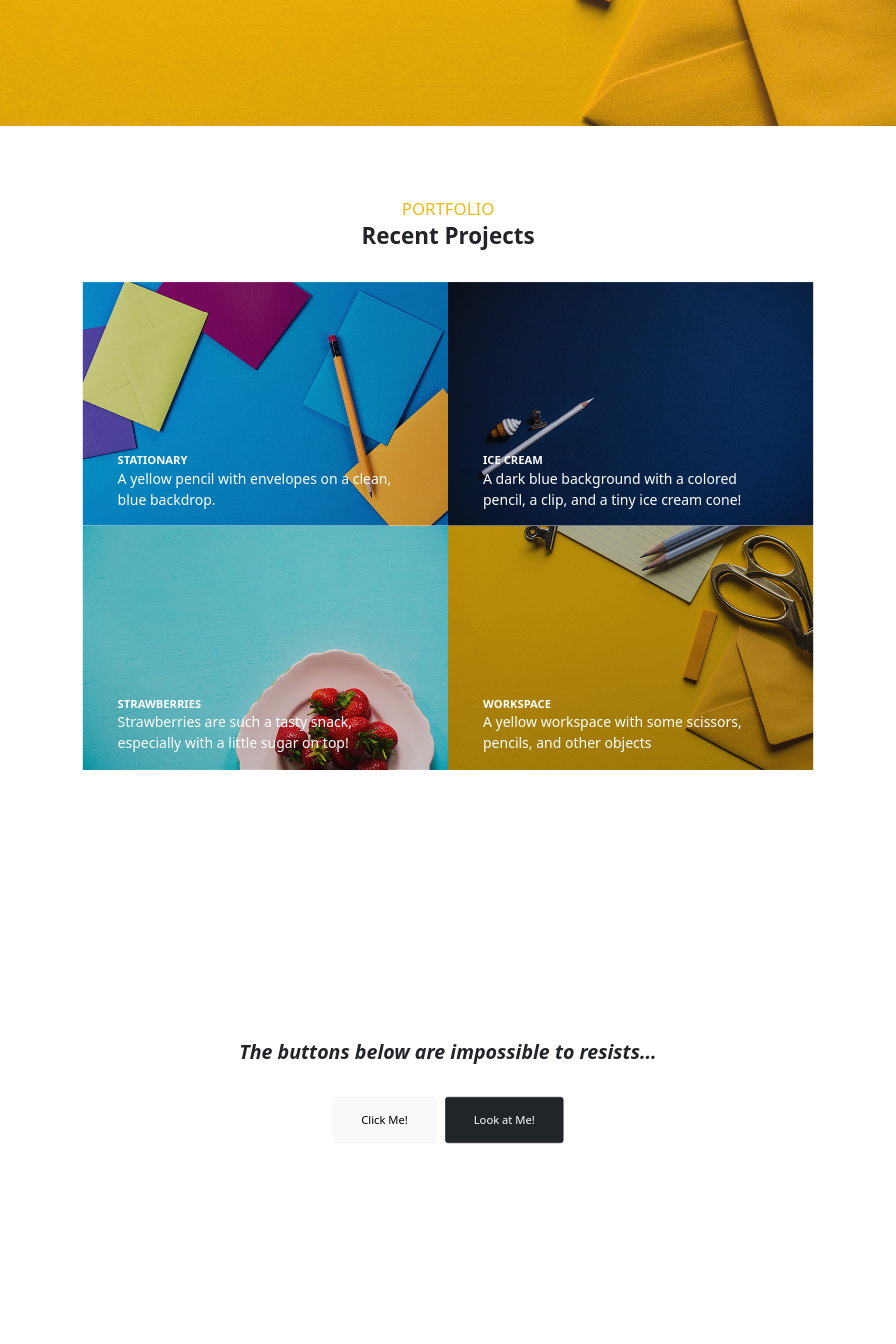
Repository: hoangpino/VE_FE_FrameWork_005
Page: lab06/index.html
The author's editor kept a copy of each file at every save. The page is drawn from the files as they stood at one save, then again after the next save.
The browser window is 1280 px wide. The pictures show the part of the page from y = 2700 to 4620 px (the page is 4620 px tall before and 4260 px after), at 70% of full size.
Backgrounds fixed to the window are drawn as part of the page.

Above is the page before, as saved 2021-10-05 19:58:01.

### lab06/index.html
<!DOCTYPE html>
<html lang="en">

<head>
    <meta charset="UTF-8">
    <meta http-equiv="X-UA-Compatible" content="IE=edge">
    <meta name="viewport" content="width=device-width, initial-scale=1.0">
    <title>Portfolio</title>
    <link rel="stylesheet" href="./css/style.css" type="text/css" />
    <link rel="icon" href="./img/schools.png" />
    <link href="https://cdn.jsdelivr.net/npm/bootstrap@5.1.1/dist/css/bootstrap.min.css"
        rel="stylesheet"
        integrity="sha384-F3w7mX95PdgyTmZZMECAngseQB83DfGTowi0iMjiWaeVhAn4FJkqJByhZMI3AhiU"
        crossorigin="anonymous" />
    <link rel="stylesheet"
        href="https://cdnjs.cloudflare.com/ajax/libs/font-awesome/6.0.0-beta2/css/all.min.css" />
    <link rel="preconnect" href="https://fonts.googleapis.com">
    <link rel="preconnect" href="https://fonts.gstatic.com" crossorigin>
    <link
        href="https://fonts.googleapis.com/css2?family=Source+Sans+Pro:ital,wght@1,700&display=swap"
        rel="stylesheet" />
    <link rel="stylesheet"
        href="https://cdn.jsdelivr.net/npm/bootstrap-icons@1.5.0/font/bootstrap-icons.css">
</head>

<body>
    <a href="" class="menu-toggle rounded" hef="#" data-bs-toggle="offcanvas"
        data-bs-target="#offcanvas-right" aria-controls="offcanvas-right">
        <i class="fas fa-bars"></i>
    </a>
    <div class="offcanvas offcanvas-end" tabindex="-1" aria-labelledby="offcanvas-right-lable"
        id="offcanvas-right">
        <div class="offcanvas-header">
            <h5 id="offcanvas-right-label">Start Bootstrap</h5>
            <button type="button" class="btn-close btn-close-white text-reset"
                data-bs-dismiss="offcanvas" aria-label="Close"></button>
        </div>
        <div class="offcanvas-body">
            <ul class="sidebar-nav">
                <li class="sidebar-nav-item"><a href="#home">Home</a></li>
                <li class="sidebar-nav-item"><a href="#about">About</a></li>
                <li class="sidebar-nav-item"><a href="#services">Services</a></li>
                <li class="sidebar-nav-item"><a href="#callout">Callout</a></li>
                <li class="sidebar-nav-item"><a href="#portfolio">Portfolio</a></li>
                <li class="sidebar-nav-item"><a href="#action">Action</a></li>
                <li class="sidebar-nav-item"><a href="#footer">Contacts</a></li>
            </ul>
        </div>
    </div>

    <!-- Header -->
    <header class="d-flex align-items-center" id="home">
        <div class="container text-center">
            <h1 class="m-1">Stylist Portfolio</h1>
            <h3 class="mb-5">A Free Bootstrap Theme by Start Bootstrap </h3>
            <a href="" class="btn btn-primary btn-xl">Find Out More</a>
        </div>
    </header>

    <!-- About -->
    <section class="d-flex align-items-center" id="about">
        <div class="container text-center">
            <h2 class="m-1">Stylish Portfolio is the perfect theme for your next project!</h2>
            <p class="mb-5">This theme features a flexible, UX friendly sidebar menu and stock
                photos from our friends at Unsplash !</p>
            <a href="" class="btn btn-primary btn-xl">Find Out More</a>
        </div>
    </section>

    <!-- Services -->
    <section class="d-flex align-items-center" id="services">
        <div class="container text-center">
            <div class="section-header">
                <h4>Services</h4>
                <h2>What we offer</h2>
            </div>
            <div class="row">
                <div class="col-lg-3 col-md-6 mt-5">
                    <span class="services-icon mx-auto mb-3"><i class="bi bi-phone"></i></span>
                    <h2>Responsive</h2>
                    <p>Looks great on any screent size!</p>
                </div>
                <div class="col-lg-3 col-md-6 mt-5">
                    <span class="services-icon mx-auto mb-3"><i class="bi bi-pencil"></i></span>
                    <h2>Redesgined</h2>
                    <p>Freshly Redesgined for Bootstrap</p>
                </div>
                <div class="col-lg-3 col-md-6 mt-5">
                    <span class="services-icon mx-auto mb-3"><i
                            class="bi bi-hand-thumbs-up"></i></span>
                    <h2>Favorited</h2>
                    <p>Millions of users &hearts; Start Bootstrap!</p>
                </div>
                <div class="col-lg-3 col-md-6 mt-5">
                    <span class="services-icon mx-auto mb-3"><i
                            class="bi bi-question-circle"></i></span>
                    <h2>Questions</h2>
                    <p>Mustache you a question</p>
                </div>
            </div>
        </div>
    </section>

    <!-- Callout -->
    <section class="d-flex aglin-items-center" id="callout">
        <div class="container px-4 px-lg-5 text-center">
            <h1 class="mb-5">Wellcome to <em>you</em> next website</h1>
            <a href="#" class="btn btn-primary btn-xl">Download now</a>
        </div>
    </section>

    <!-- Portfolior -->
    <section class="d-flex align-items-center" id="portfolio">
        <div class="container px-4 px-lg-5 text-center">
            <div class="section-heading">
                <h4 class="m-1">Portfolio</h4>
                <h2 class="mb-5">Recent Projects</h2>
            </div>
            <div class="row gx-0">
                <div class="col-lg-6">
                    <a href="#" class="portfolio-item">
                        <div class="caption">
                            <div>Stationary</div>
                            <p>A yellow pencil with envelopes on a clean, blue backdrop.</p>
                        </div>
                        <img src="./img/portfolio-1.jpg">
                    </a>
                </div>
                <div class="col-lg-6">
                    <a href="#" class="portfolio-item">
                        <div class="caption">
                            <div>Ice Cream</div>
                            <p>A dark blue background with a colored pencil, a clip, and a tiny ice
                                cream cone!</p>
                        </div>
                        <img src="./img/portfolio-2.jpg">
                    </a>
                </div>
                <div class="col-lg-6">
                    <a href="#" class="portfolio-item">
                        <div class="caption">
                            <div>Strawberries</div>
                            <p>Strawberries are such a tasty snack, especially with a little sugar
                                on top!</p>
                        </div>
                        <img src="./img/portfolio-3.jpg">
                    </a>
                </div>
                <div class="col-lg-6">
                    <a href="#" class="portfolio-item">
                        <div class="caption">
                            <div>Workspace</div>
                            <p>A yellow workspace with some scissors, pencils, and other objects</p>
                        </div>
                        <img src="./img/portfolio-4.jpg">
                    </a>
                </div>
            </div>
        </div>
    </section>

    <!-- Action -->
    <section class="d-flex align-items-center" id="action">
        <div class="container px-4-lg-5 text-center">
            <h3 class="mb-5">The buttons below are impossible to resists...</h3>
            <a href="#map" class="btn btn-light btn-xl mx-1">Click Me!</a>
            <a href="#footer" class="btn btn-dark btn-xl mx-1">Look at Me!</a>
        </div>
    </section>

    <script src="https://cdn.jsdelivr.net/npm/bootstrap@5.1.1/dist/js/bootstrap.bundle.min.js"
        integrity="sha384-/bQdsTh/da6pkI1MST/rWKFNjaCP5gBSY4sEBT38Q/9RBh9AH40zEOg7Hlq2THRZ"
        crossorigin="anonymous"></script>
</body>

</html>

### lab06/css/style.css
:root {
    --color-green: #1d809f;
    --color-green-dark:rgb(15, 64, 78);
    --color-dark:#343a40;
    --color-yellow: #f2b912;
}

body {
    font-family: 'Source Sans Pro', sans-serif ;
}

* {
    margin: 0;
    padding: 0;
}
.menu-toggle {
    position: fixed;
    width: 50px;
    height: 50px;
    color: #fff;
    background-color: rgba(52,58,64,0.5);
    text-align: center;
    line-height: 50px;
    right: 15px;
    top: 15px;
}

.menu-toggle:hover {
    background-color: var(--color-dark);
    color: #fff;
}

.offcanvas {
    background-color: var(--color-green) !important;
    color: #fff;
    width: 250px;

}

.offcanvas ul {
    list-style: none;
    margin : 0;
    padding: 0;
}

.offcanvas a {
    color: #fff;
    display: block;
    padding: 15px;
    text-decoration: none;

}

.offcanvas a:hover {
    background-color: rgba(52, 58, 64, 0.2);
    color: #fff;
}

.offcanvas-body {
    padding: 0 !important;
    margin: 0;

}

.offcanvas-header {
    background-color: rgba(52, 58, 64, 0.1);
}

header {
    background: url(../img/bg-masthead.jpg);
    background-repeat: none;
    background-position: center center;
    background-size: cover;
    min-height: 100vh;
}

h1 {
    font-weight: 700 !important;
    font-size: 5.5rem !important;
}

h2 {
    font-weight: 700 !important;
    font-style: 2.0rem !important;
}

h3 {
    font-weight: 700 !important;
    font-style: 1.75rem !important;
    font-style: italic;
}

h4 {
    font-weight: 700;
    font-size: 1.0rem;
    text-transform: uppercase;
    color: var(--color-yellow);
}

p {
    font-weight: 300 !important;
    font-size: 1.25em;
}

.btn-primary {
    background-color: var(--color-green) !important;
    border-color: var(--color-green) !important;
}

.btn-primary:active, .btn-primary:hover {
    background-color: var(--color-green-dark) !important;
    border-color: var(--color-green-dark) !important;
}

.btn-xl {
    padding: 1.25em 2.5em !important;
}

#about {
    min-height: 100vh;
}

#services {
    min-height: 100vh;
    background-color: var(--color-green);
    color: #fff;
}

.services-icon {
    background-color:#fff !important;
    color: var(--color-green);
    height:7rem;
    width: 7rem;
    display: block;
    line-height: 7rem;
    text-align: center;
    font-size: 2.5em;
    border-radius: 50%;
}

#callout {
    min-height: 100vh;
    background: url(../img/bg-callout.jpg);
    background-repeat: none;
    background-position: top center;
    background-size: cover;
    background-attachment: fixed;
}

#portfolio {
    min-height: 100vh;
    padding: 100px 0;
}

.portfolio-item {
    margin: 0;
    text-decoration: none;
    display: block;
    position: relative;
    overflow: hidden;
}

.portfolio-item img {
    transition: clip-path 0.25s ease-out, -webkit-transform 0.25s ease-out;
    -webkit-clip-path: inset(-1px);
    clip-path: inset(-1px);
    max-width: 100%;
}

.portfolio-item:hover img {
    -webkit-clip-path: inset(2rem);
    clip-path: inset(2rem);
}

.portfolio-item:hover .caption {
    -webkit-clip-path: inset(2rem);
    clip-path: inset(2rem);
    background-color: rgba(33, 37, 41,0.75);
    padding: 10px 50px;
}

.caption {
    height: 100%;
    width: 100%;
    position: absolute;
    top: 0;
    bottom: 0;
    background-color: rgba(33, 37, 41, 0.2);
    color: #fff;
    text-align: left;
    padding: 50px;
    z-index: 1;
    font-size: 1rem;

    transition: background-color 0.7s, webkit-clip-path 0.25s ease-out;
    transition: clip-path 0.25s ease-out, background-color 0.7s;
    transition: clip-path 0.25s ease-out, background-color 0.7s, -webkit-clip-path 0.25s ease-out;
    -webkit-clip-path: inset(0px);
    clip-path: inset(0px);

}

.caption div {
    margin-top: 12rem;
    text-transform: uppercase;
    font-weight: 700;
}

#action {
    min-height: 100vh;

}

After the next save:
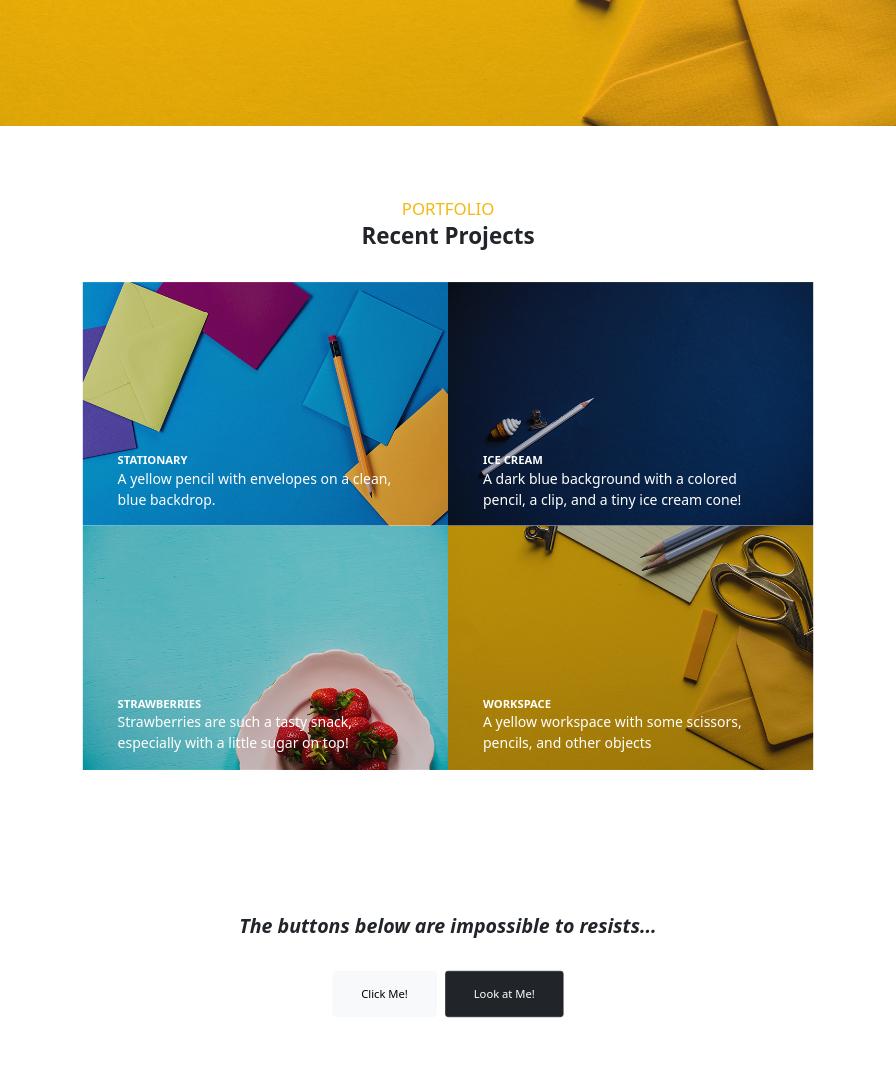
Saved 20 s later.
--- a/lab06/css/style.css
+++ b/lab06/css/style.css
@@ -207,6 +207,6 @@
 }
 
 #action {
-    min-height: 100vh;
-
-}
+    min-height: 50vh;
+
+}
